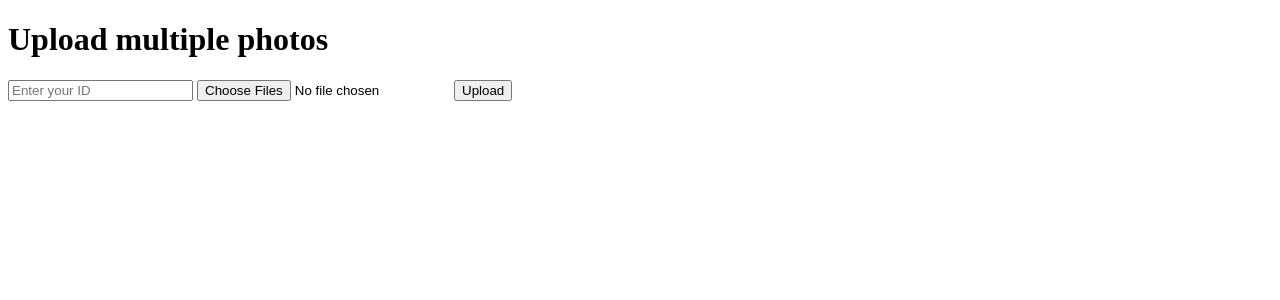
Repository: Mesablip/Mesablip.github.io
Page: http://localhost/
These files come from the project's save history. The page is drawn as it stood at one moment and after a run of saves; the edit follows.
The browser window is 1280 px wide. The pictures show the whole page.
The page is served by the project's application, run on Flask 3 (backend.py).

Above is the page before, as saved 2023-09-04 23:01:18.

### templates/frontend.html
<!DOCTYPE html>
<html>
<head>
  <title>Photo Upload</title>
</head>
<body>

<h1>Upload multiple photos</h1>

<form enctype="multipart/form-data" action="" method="post" id="upload-form">
  <!----> <input type="text" id="user-id" placeholder="Enter your ID">
  <input type="file" name="photos" multiple id="photos-input">
  <input type="button" value="Upload" onclick="uploadPhotos()">
</form>

<script>
  async function uploadPhotos() {
    const input = document.getElementById('photos-input');
    const files = input.files;
    const formData = new FormData();
    //const userID = document.getElementById('user-id').value;

    for (let i = 0; i < files.length; i++) {
      formData.append('photos', files[i]);
    }

    //formData.append('user_id', userId);

    const response = await fetch('http://localhost:5000/upload', {
      method: 'POST',
      body: formData
    });

    const data = await response.json();
    console.log(data);
  }
</script>

</body>
</html>

### backend.py
from flask import Flask, render_template, request, jsonify
from PIL import Image, ImageOps
import io
import json
import requests

app = Flask(__name__)

@app.route('/')
def index():
    return render_template('frontend.html')

@app.route('/upload', methods=['POST'])
def upload_file():
    #user_id = request.form.get('user_id')
    uploaded_files = request.files.getlist('photos')

    for file in uploaded_files:
        # Convert the uploaded file to a PIL Image object
        image = Image.open(io.BytesIO(file.read()))

        # Perform the image transformations here
        fixed_image = ImageOps.exif_transpose(image)

        byte_arr = io.BytesIO()

        fixed_image.save(byte_arr, format='JPEG')
        byte_arr.seek(0)

        files = {"backgroundPicture": ("279EF96B-957C-4E96-BF86-273586D3B112.JPG", byte_arr, "image/jpeg")}
        json.loads(requests.get('https://scorestream.com/api?request=%7B%22method%22:%22games.posts.add%22,%22params%22:%7B%22accessToken%22:%22c929b8f0-6ee9-4bad-ab7c-e63591eab062%22,%22gameId%22:4689103,%22userText%22:%22Hey%22%7D%7D', files=files).text)
    return jsonify({"message": "Files processed successfully"}), 200

if __name__ == '__main__':
    app.run(debug=True)

After the next 3 saves:
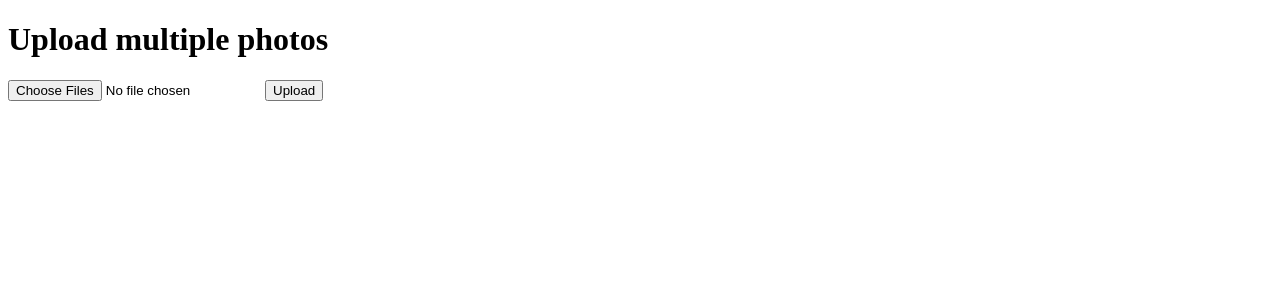
The 3 saves are shown as one change because they came seconds apart.
The last was saved 10 s later.
--- a/templates/frontend.html
+++ b/templates/frontend.html
@@ -8,7 +8,6 @@
 <h1>Upload multiple photos</h1>
 
 <form enctype="multipart/form-data" action="" method="post" id="upload-form">
-  <!----> <input type="text" id="user-id" placeholder="Enter your ID">
   <input type="file" name="photos" multiple id="photos-input">
   <input type="button" value="Upload" onclick="uploadPhotos()">
 </form>
